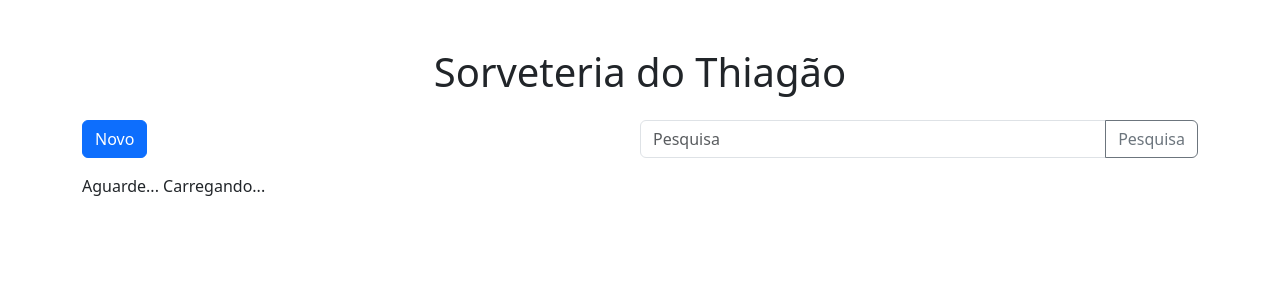
Repository: marcolino-t/Desenvolvimento_Web
Page: OlaMundo2/src/main/webapp/sorveteapi/sorvete.html
An editor plug-in stored every save of this project. The page is shown before and after a run of saves, followed by the edit.
The browser window is 1280 px wide. The pictures show the whole page.
The page's requests for data from a server got no answer.

Above is the page before, as saved 2024-12-01 14:22:10.

### OlaMundo2/src/main/webapp/sorveteapi/sorvete.html
<!DOCTYPE html>
<html lang="pt-BR">
<head>
  <meta charset="UTF-8">
  <meta name="viewport" content="width=device-width, initial-scale=1.0">
  <title>Cadastro de Sorvetes - Sorveteria do Thiagão</title>
  <link href="https://cdn.jsdelivr.net/npm/bootstrap@5.3.3/dist/css/bootstrap.min.css" rel="stylesheet" integrity="sha384-QWTKZyjpPEjISv5WaRU9OFeRpok6YctnYmDr5pNlyT2bRjXh0JMhjY6hW+ALEwIH" crossorigin="anonymous">
</head>
<body onload="listar()">
  <div class="container mt-5">
    <h1 class="text-center mb-4">Sorveteria do Thiagão</h1>
    <div class="d-flex justify-content-between mb-3">
      <button type="button" class="btn btn-primary" onclick="novo()">Novo</button>
      <div class="input-group w-50">
        <input type="text" class="form-control" placeholder="Pesquisa" id="pesquisa">
        <button class="btn btn-outline-secondary" type="button" id="button-addon2" onclick="listar()">Pesquisa</button>
      </div>
    </div>

    <div id="resposta"></div>

    <!-- Modal de cadastro de sorvete -->
    <div class="modal fade" id="formulario" tabindex="-1" aria-labelledby="exampleModalLabel" aria-hidden="true">
      <div class="modal-dialog">
        <div class="modal-content">
          <div class="modal-header">
            <h5 class="modal-title" id="exampleModalLabel">Cadastro de Sorvete</h5>
            <button type="button" class="btn-close" data-bs-dismiss="modal" aria-label="Close"></button>
          </div>
          <div class="modal-body">
            <div class="mb-3">
              <label for="sabor" class="form-label">Sabor</label>
              <input id="sabor" type="text" class="form-control">
            </div>
            <div class="mb-3">
              <label for="tamanho" class="form-label">Tamanho</label>
              <input id="tamanho" type="text" class="form-control">
            </div>
            <div class="mb-3">
              <label for="cobertura" class="form-label">Cobertura</label>
              <input id="cobertura" type="text" class="form-control">
            </div>
            <div class="mb-3">
              <label for="marca" class="form-label">Marca</label>
              <input id="marca" type="text" class="form-control">
            </div>
            <div class="mb-3">
              <label for="formato" class="form-label">Formato</label>
              <input id="formato" type="text" class="form-control">
            </div>
            <div class="mb-3">
              <label for="calorias" class="form-label">Calorias</label>
              <input id="calorias" type="text" class="form-control">
            </div>
          </div>
          <div class="modal-footer">
            <button type="button" class="btn btn-secondary" data-bs-dismiss="modal">Cancelar</button>
            <button type="button" class="btn btn-primary" onclick="salvar()">Salvar</button>
          </div>
        </div>
      </div>
    </div>

    <!-- Modal de exclusão de sorvete -->
    <div class="modal fade" id="excluir" tabindex="-1" aria-labelledby="exampleModalLabel" aria-hidden="true">
      <div class="modal-dialog">
        <div class="modal-content">
          <div class="modal-header">
            <h5 class="modal-title" id="exampleModalLabel">Excluir Sorvete</h5>
            <button type="button" class="btn-close" data-bs-dismiss="modal" aria-label="Close"></button>
          </div>
          <div class="modal-body">
            Confirmar a Exclusão do registro?
          </div>
          <div class="modal-footer">
            <button type="button" class="btn btn-secondary" data-bs-dismiss="modal">Não</button>
            <button type="button" class="btn btn-danger" onclick="excluirsim()">Excluir</button>
          </div>
        </div>
      </div>
    </div>
  </div>

  <script src="https://cdn.jsdelivr.net/npm/bootstrap@5.3.3/dist/js/bootstrap.bundle.min.js" integrity="sha384-YvpcrYf0tY3lHB60NNkmXc5s9fDVZLESaAA55NDzOxhy9GkcIdslK1eN7N6jIeHz" crossorigin="anonymous"></script>

  <script>
    const modal = new bootstrap.Modal('#formulario');
    const modalexcluir = new bootstrap.Modal('#excluir');
    let idatual = 0;

    // Função para listar sorvetes
    function listar() {
      document.getElementById("resposta").innerHTML = "Aguarde... Carregando...";
      let pesquisa = document.getElementById("pesquisa").value;
      fetch("../SorveteAPI?pesquisa=" + pesquisa)
        .then(resp => resp.json())
        .then(dados => mostrar(dados));

      function mostrar(dados) {
        let tab = "<table class='table table-striped'><thead><tr>"
          + "<th>ID</th>"
          + "<th>Sabor</th>"
          + "<th>Tamanho</th>"
          + "<th>Cobertura</th>"
          + "<th>Marca</th>"
          + "<th>Formato</th>"
          + "<th>Calorias</th>"
          + "<th>Ações</th>"
          + "</tr></thead><tbody>";

        for (let i in dados) {
          tab += "<tr><td>" + dados[i].idsorvete + "</td>"
            + "<td>" + dados[i].sabor + "</td>"
            + "<td>" + dados[i].tamanho + "</td>"
            + "<td>" + dados[i].cobertura + "</td>"
            + "<td>" + dados[i].marca + "</td>"
            + "<td>" + dados[i].formato + "</td>"
            + "<td>" + dados[i].calorias + "</td>"
            + "<td><a href='#' onclick='alterar(" + dados[i].idsorvete + ")'>img src = 'img/edit.svg</a> | "
            + "<a href='#' onclick='excluir(" + dados[i].idsorvete + ")'>img src = 'img/delete.svg'</a></td></tr>";
        }
        tab += "</tbody></table>";
        document.getElementById("resposta").innerHTML = tab;
      }
    }

    // Função para iniciar um novo cadastro de sorvete
    function novo() {
      idatual = -1;
      document.getElementById("sabor").value = "";
      document.getElementById("tamanho").value = "";
      document.getElementById("cobertura").value = "";
      document.getElementById("marca").value = "";
      document.getElementById("formato").value = "";
      document.getElementById("calorias").value = "";
      modal.show();
    }

    // Função para salvar ou alterar um sorvete
    function salvar() {
      let sorvete = {
        sabor: document.getElementById("sabor").value,
        tamanho: document.getElementById("tamanho").value,
        cobertura: document.getElementById("cobertura").value,
        marca: document.getElementById("marca").value,
        formato: document.getElementById("formato").value,
        calorias: document.getElementById("calorias").value
      };
      let body = JSON.stringify(sorvete);
      let endereco = "../SorveteAPI";
      let metodo = "POST";

      if (idatual > 0) {
        endereco = "../SorveteAPI/" + idatual;
        metodo = "PUT";
      }

      fetch(endereco, { method: metodo, body: body })
        .then(resp => resp.json())
        .then(resposta => {
          alert(resposta.mensagem);
          modal.hide();
          listar();
        });
    }

    // Função para carregar os dados de um sorvete para edição
    function alterar(idsorvete) {
      idatual = idsorvete;
      fetch("../SorveteAPI/" + idsorvete)
        .then(resp => resp.json())
        .then(resposta => {
          document.getElementById("sabor").value = resposta.sabor;
          document.getElementById("tamanho").value = resposta.tamanho;
          document.getElementById("cobertura").value = resposta.cobertura;
          document.getElementById("marca").value = resposta.marca;
          document.getElementById("formato").value = resposta.formato;
          document.getElementById("calorias").value = resposta.calorias;
          modal.show();
        });
    }

    // Função para excluir um sorvete
    function excluir(idsorvete) {
      idatual = idsorvete;
      modalexcluir.show();
    }

    // Função para confirmar a exclusão de um sorvete
    function excluirsim() {
      fetch("../SorveteAPI/" + idatual, { method: "DELETE" })
        .then(resp => resp.json())
        .then(resposta => {
          alert(resposta.mensagem);
          modalexcluir.hide();
          listar();
        });
    }
  </script>
</body>
</html>

After the next 6 saves:
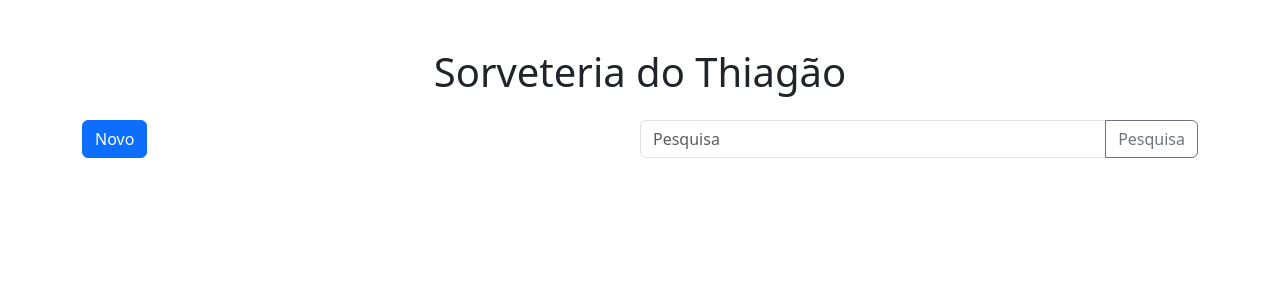
Console error: SyntaxError: Invalid or unexpected token
The 6 saves are shown as one change because they came seconds apart.
The last was saved 86 s later.
--- a/OlaMundo2/src/main/webapp/sorveteapi/sorvete.html
+++ b/OlaMundo2/src/main/webapp/sorveteapi/sorvete.html
@@ -116,8 +116,9 @@
             + "<td>" + dados[i].marca + "</td>"
             + "<td>" + dados[i].formato + "</td>"
             + "<td>" + dados[i].calorias + "</td>"
-            + "<td><a href='#' onclick='alterar(" + dados[i].idsorvete + ")'>img src = 'img/edit.svg</a> | "
-            + "<a href='#' onclick='excluir(" + dados[i].idsorvete + ")'>img src = 'img/delete.svg'</a></td></tr>";
+            + "<td><a href='#' onclick='alterar(" + dados[i].idsorvete + ")'>img src = 'img/edit.svg  "
+            + "<a href='#' onclick='excluir(" + dados[i].idsorvete + ")'>img src = 'img/delete.svg'
+            + "</td></tr>";
         }
         tab += "</tbody></table>";
         document.getElementById("resposta").innerHTML = tab;
